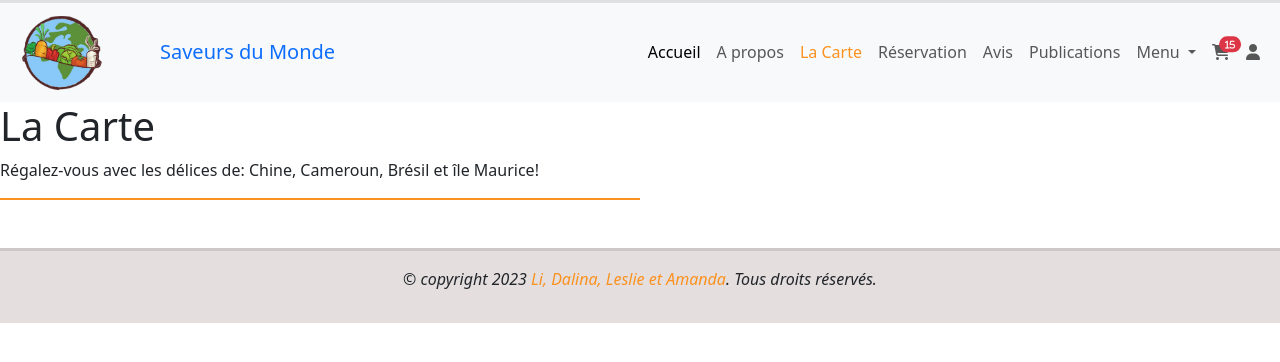
Repository: LI8538/saveur-du-monde
Page: templates/subscription/index.html.twig
These files come from the project's save history. The page is drawn as it stood at one moment and after the next save; the edit follows.
The browser window is 1280 px wide. The pictures show the whole page.
The page is a Twig template of a Symfony application; nobody is signed in and links lead nowhere. The template is opened directly, without the code that normally fills it, so the values that code supplies are empty.

Above is the page before, as saved 2023-09-06 15:21:24.

After the next save:
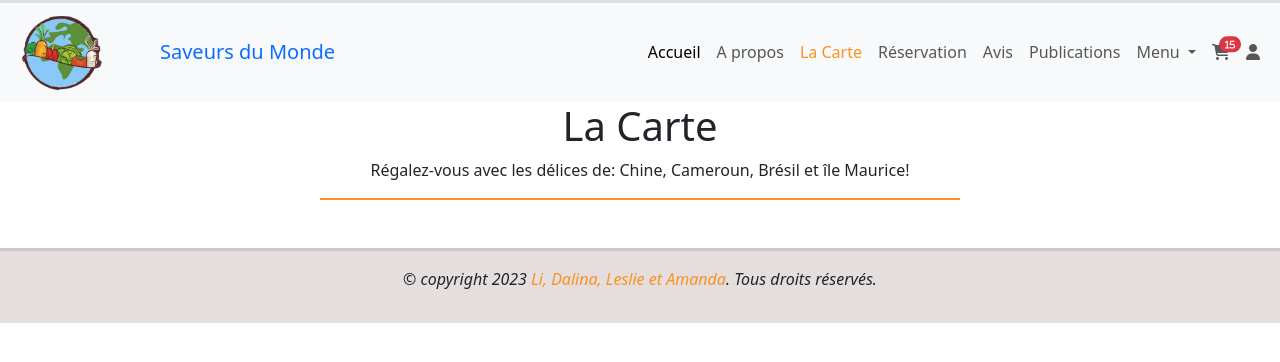
Saved 13 s later.
--- a/templates/subscription/index.html.twig
+++ b/templates/subscription/index.html.twig
@@ -4,7 +4,7 @@
 
 {% block body %}
 
-<div class="d-flex flex-column ">
+<div class="d-flex flex-column align-items-center">
 
  <h1>La Carte</h1>
     <p>Régalez-vous avec les délices de: Chine, Cameroun, Brésil et île Maurice!</p>
